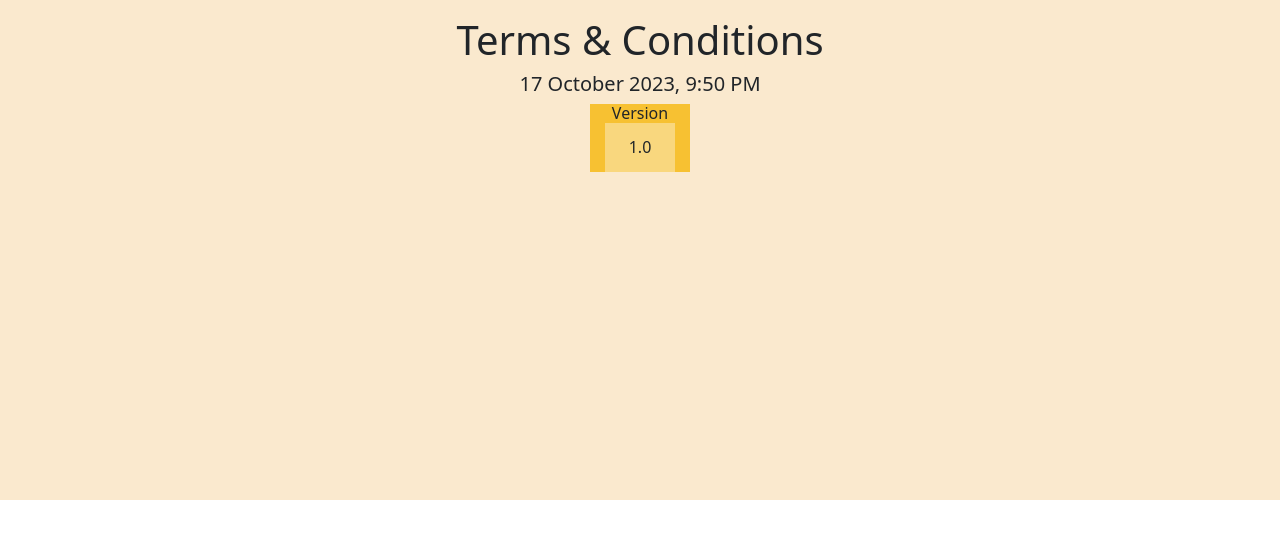
Repository: injectGroup/github.io
Page: terms.html
The author's editor kept a copy of each file at every save. The page is drawn from the files as they stood at one save, then again after the next save.
The browser window is 1280 px wide. The pictures show the whole page.

Above is the page before, as saved 2023-11-29 12:53:41.

After the next save:
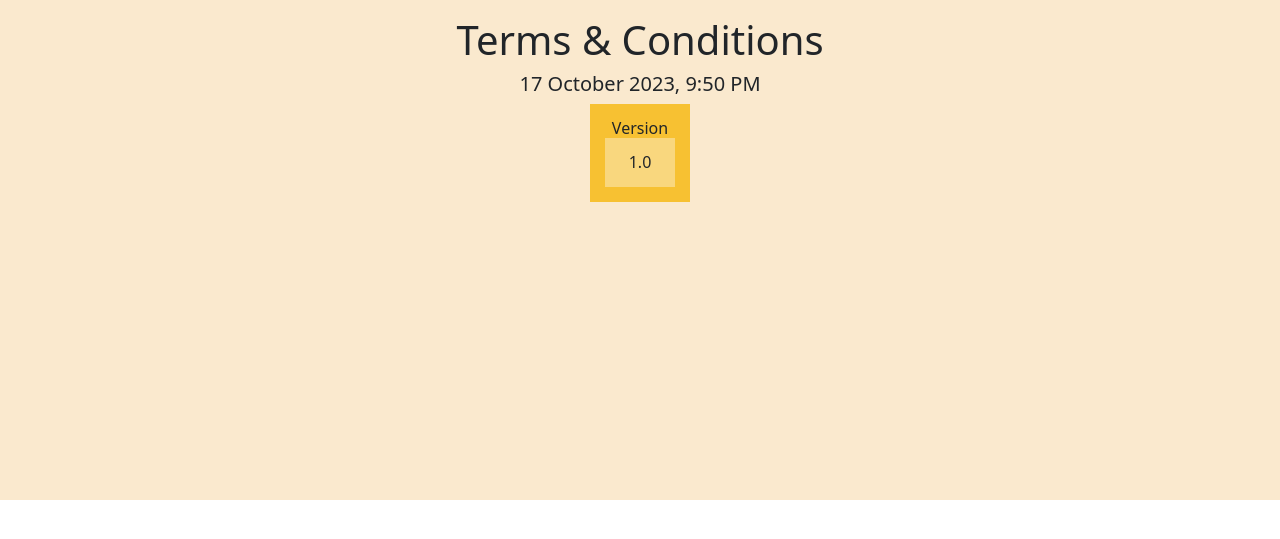
Saved 24 s later.
--- a/gouldwalletlegal/css/gouldcustom.css
+++ b/gouldwalletlegal/css/gouldcustom.css
@@ -23,8 +23,7 @@
 .version {
     width: 100px;
     background-color: #F7C132;
-    padding-right: 15px;
-    padding-left: 15px;
+    padding: 15px;
     margin-right: auto;
     margin-left: auto;
     display: block;
